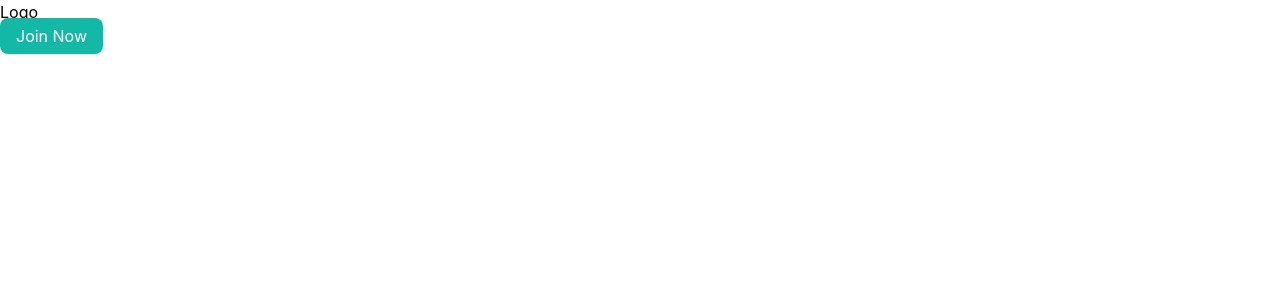
Repository: arafatmollah/auth-app
Page: /
An editor plug-in stored every save of this project. The page is shown before and after a run of saves, followed by the edit.
The browser window is 1280 px wide. The pictures show the whole page.
The project was rebuilt for these pictures with package versions that can differ from the ones it lists, and the page was loaded fresh each time. The framework's server and built-in components were replaced by stand-ins that run in the browser. Also part of the build but not shown: next.config.js.

Above is the page before, as saved 2022-10-03 16:08:22.

After the next 5 saves:
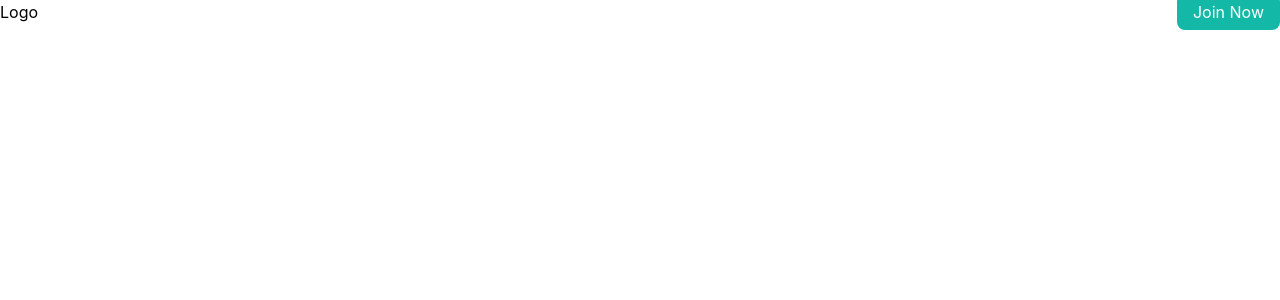
The 5 saves are shown as one change because they came seconds apart.
The last was saved 15 s later.
--- a/components/Nav.js
+++ b/components/Nav.js
@@ -4,7 +4,7 @@ import Link from 'next/link'
 function Nav() {
   return (
     <div>
-        <nav className=''>
+        <nav className='flex justify-between items-center'>
         <Link href="/">Logo</Link>
         <ul>
             <Link href="/auth">
